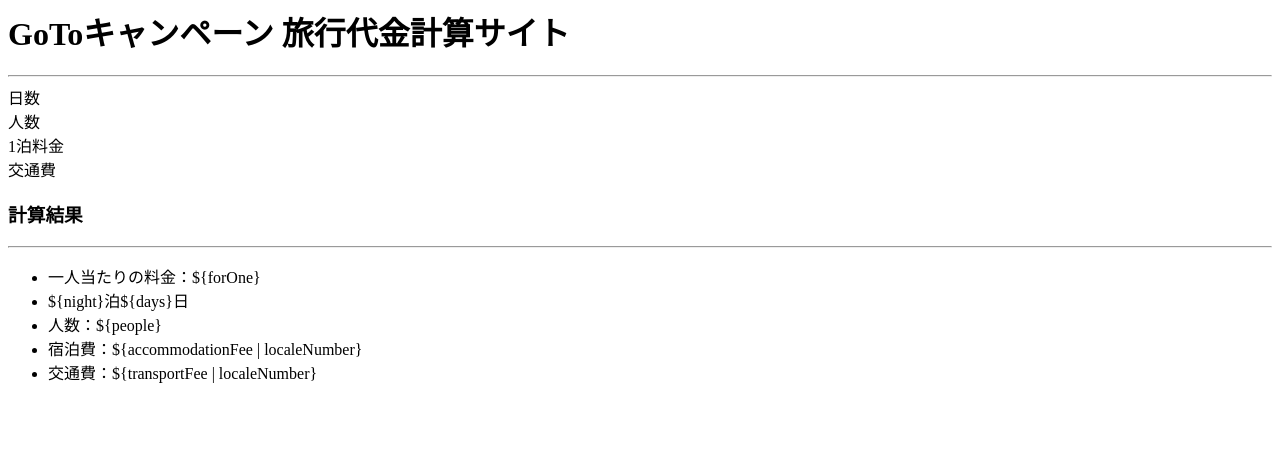
Repository: Ischca/ischca.github.io
Page: src/my-app.html
The author's editor kept a copy of each file at every save. The page is drawn from the files as they stood at one save, then again after the next save.
The browser window is 1280 px wide. The pictures show the whole page.

Above is the page before, as saved 2020-10-02 16:15:18.

### src/my-app.html
<div class="container">

    <div class="row">
        <h1 class="text-center">GoToキャンペーン 旅行代金計算サイト</h1>
    </div>

    <hr />

    <div class="row">
        <label for="staticEmail" class="offset-sm-4 col-sm-1 col-form-label font-weight-bold">日数</label>
        <div class="col-sm-2">
            <num-selector num.bind="night" suffix.bind="'泊'"></num-selector>
        </div>

        <div class="col-sm-2">
            <num-selector num.bind="days" suffix.bind="'日'"></num-selector>
        </div>
    </div>

    <div class="row">
        <label for="staticEmail" class="offset-sm-4 col-sm-1 col-form-label font-weight-bold">人数</label>
        <div class="col-sm-2">
            <num-selector num.bind="people" max.bind="100" suffix.bind="'人'"></num-selector>
        </div>
    </div>

    <div class="row">
        <label for="staticEmail" class="offset-sm-4 col-sm-1 col-form-label font-weight-bold">1泊料金</label>
        <div class="col-sm-2">
            <num-selector num.bind="accommodationFee" max.bind="10000000" suffix.bind="'円'"></num-selector>
        </div>
    </div>

    <div class="row">
        <label for="staticEmail" class="offset-sm-4 col-sm-1 col-form-label font-weight-bold">交通費</label>
        <div class="col-sm-2">
            <num-selector num.bind="transportFee" max.bind="10000000" suffix.bind="'円'"></num-selector>
        </div>
    </div>

    <h3 class="text-center mt-3">計算結果</h3>
    <hr/>

    <div id="result" class="text-center">
        <ul class="list-group list-group-flush">
            <li class="list-group-item">
                一人当たりの料金：${forOne}
            </li>
            <li class="list-group-item">
                ${night}泊${days}日
            </li>
            <li class="list-group-item">
                人数：${people}
            </li>
            <li class="list-group-item">
                宿泊費：${accommodationFee | localeNumber}
            </li>
            <li class="list-group-item">
                交通費：${transportFee | localeNumber}
            </li>
        </ul>
    </div>
</div>

After the next save:
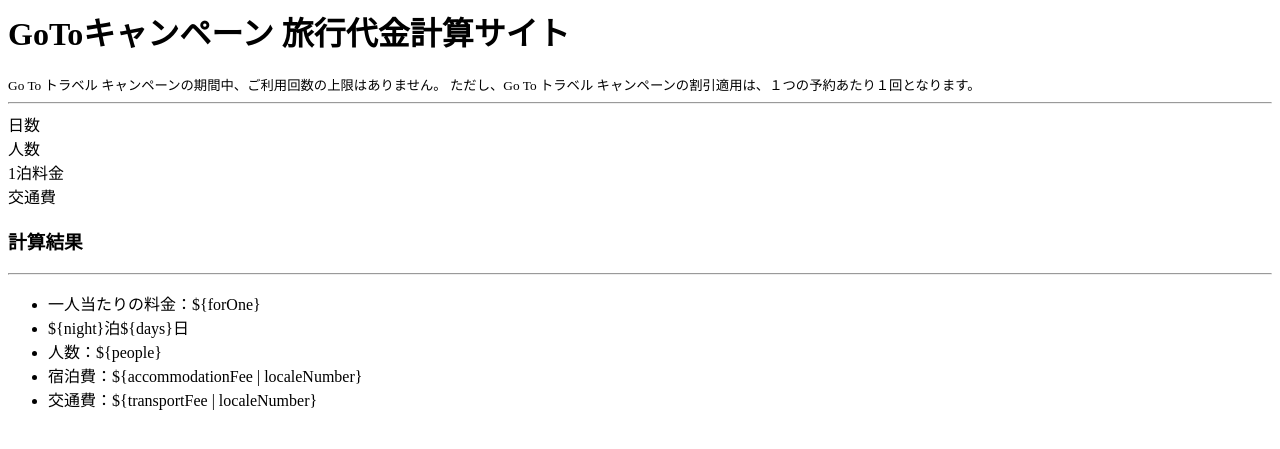
Saved 13 min 34 s later.
--- a/src/my-app.html
+++ b/src/my-app.html
@@ -2,6 +2,11 @@
 
     <div class="row">
         <h1 class="text-center">GoToキャンペーン 旅行代金計算サイト</h1>
+    </div>
+
+    <div>
+        <small>Go To トラベル キャンペーンの期間中、ご利用回数の上限はありません。
+            ただし、Go To トラベル キャンペーンの割引適用は、１つの予約あたり１回となります。</small>
     </div>
 
     <hr />
